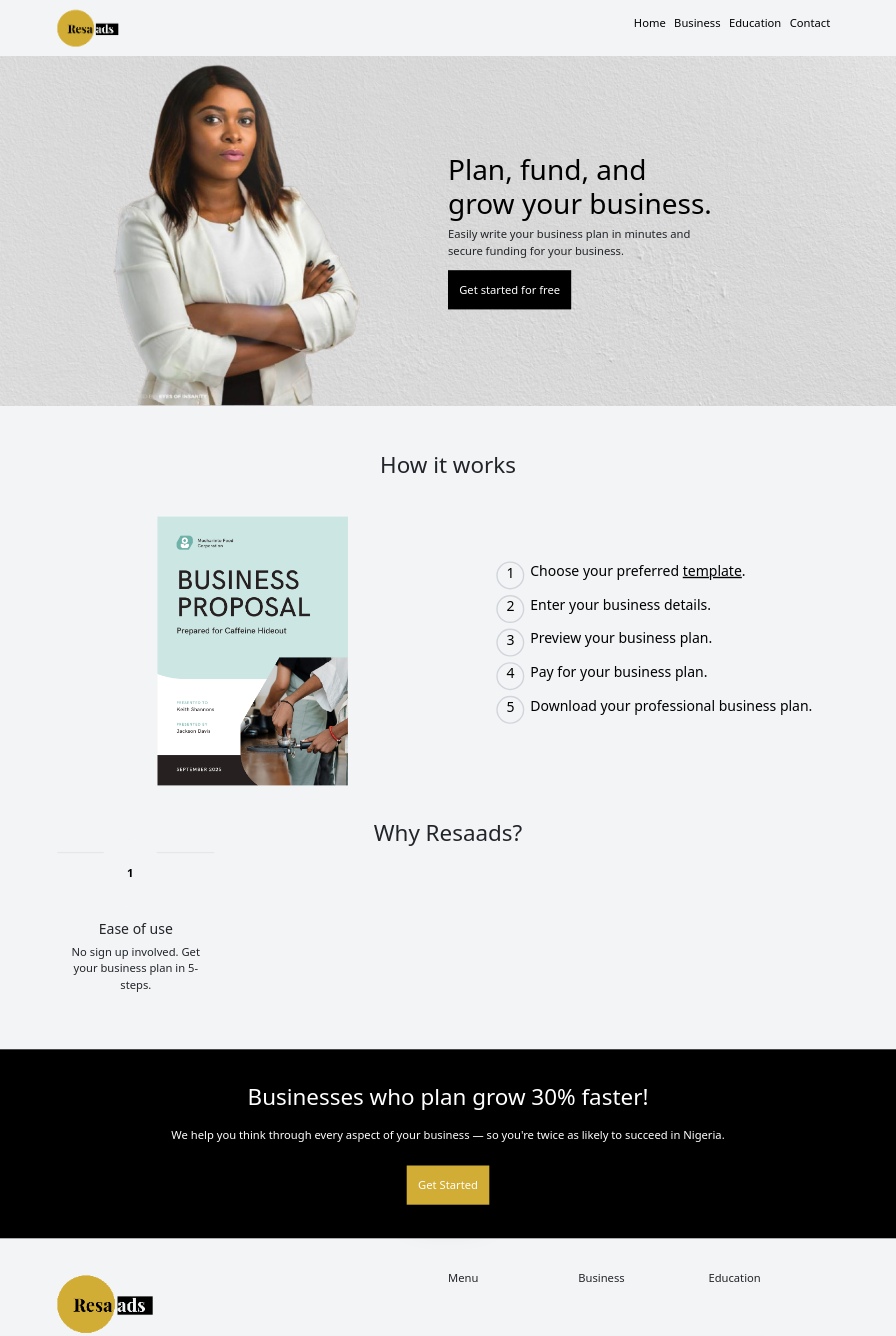
Repository: latenightsnacc/resaads-consults
Page: index.html
The author's editor kept a copy of each file at every save. The page is drawn from the files as they stood at one save, then again after the next save.
The browser window is 1280 px wide. The pictures show the whole page, at 70% of full size.
Some web libraries are served in a nearby version.

Above is the page before, as saved 2021-08-05 13:02:30.

After the next save:
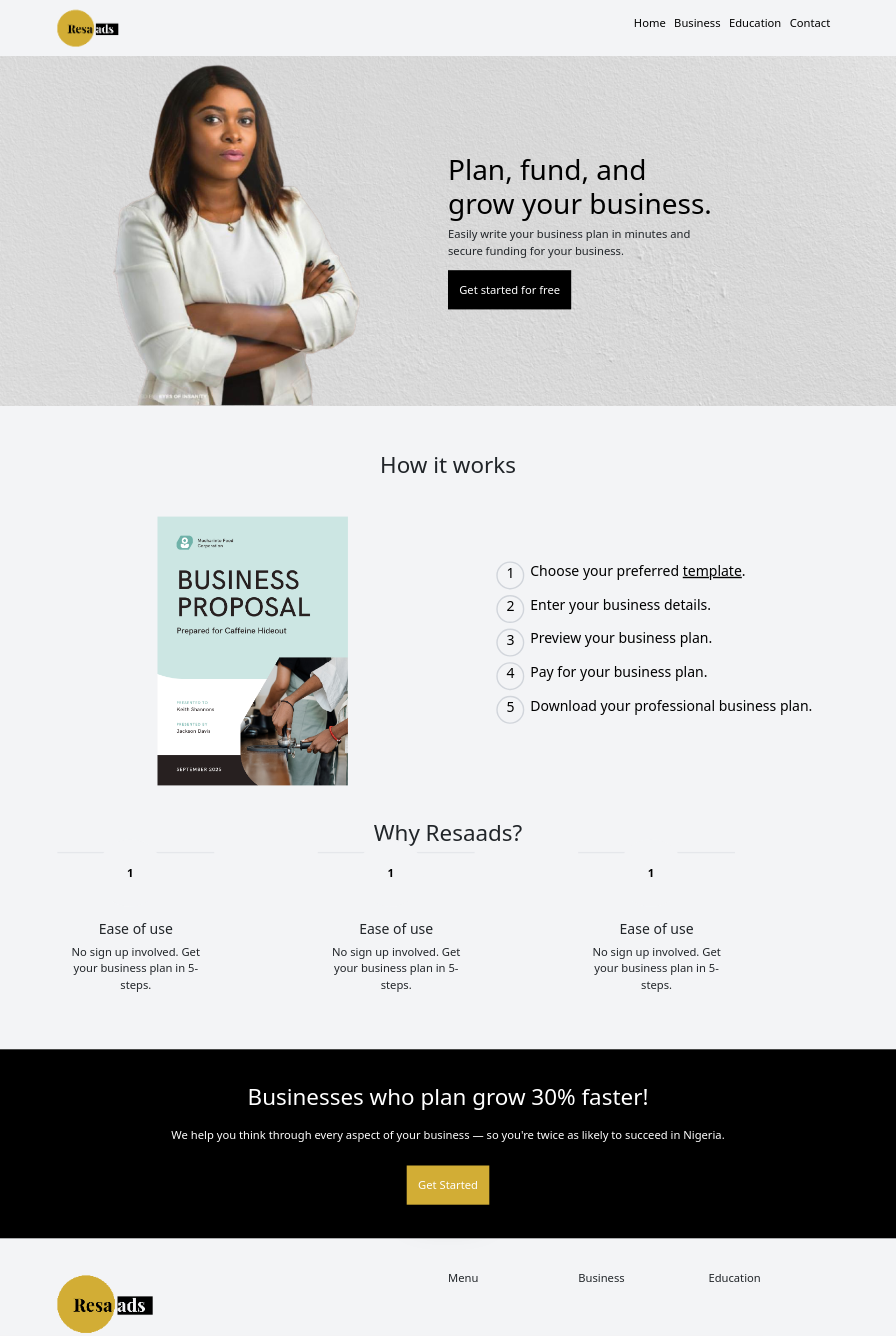
Saved 44 s later.
--- a/index.html
+++ b/index.html
@@ -132,11 +132,34 @@
                                 <h5 class="mt-20">Ease of use</h5>
                                 <p>No sign up involved. Get your business plan in 5-steps.</p>
                             </div>
-
-                        </div>
-                    </div>
-                    <div class="w-1/3"></div>
-                    <div class="w-1/3"></div>
+                        </div>
+                    </div>
+                    <div class="w-1/3">
+                        <div class="relative w-56  hover:shadow-2xl border-t-2 border-t-gray-300 p-3">
+                            <div class="absolute left-14 -top-5">
+                                <div class="flex flex-row justify-center items-center bg-gray-100 rounded-full w-24 h-24">
+                                    <div class="text-black font-black">1</div>
+                                </div>
+                            </div>
+                            <div class="text-center">
+                                <h5 class="mt-20">Ease of use</h5>
+                                <p>No sign up involved. Get your business plan in 5-steps.</p>
+                            </div>
+                        </div>
+                    </div>
+                    <div class="w-1/3">
+                        <div class="relative w-56  hover:shadow-2xl border-t-2 border-t-gray-300 p-3">
+                            <div class="absolute left-14 -top-5">
+                                <div class="flex flex-row justify-center items-center bg-gray-100 rounded-full w-24 h-24">
+                                    <div class="text-black font-black">1</div>
+                                </div>
+                            </div>
+                            <div class="text-center">
+                                <h5 class="mt-20">Ease of use</h5>
+                                <p>No sign up involved. Get your business plan in 5-steps.</p>
+                            </div>
+                        </div>
+                    </div>
                 </div>
             </div>
         </section>
